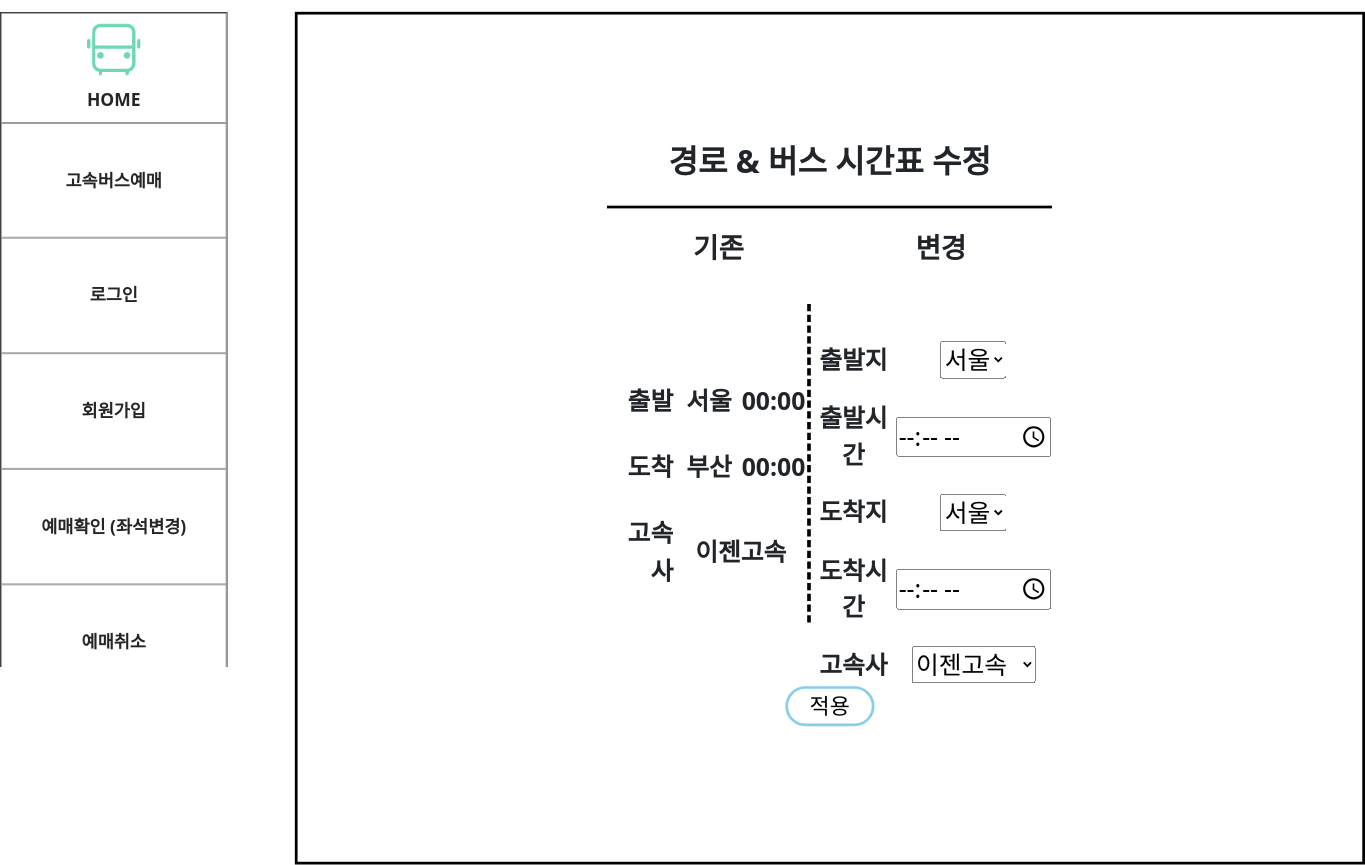
Repository: rudqhd79/spring_personal
Page: http://localhost/edit/edit_input
An editor plug-in stored every save of this project. The page is shown before and after the next save, followed by the edit.
The browser window is 1280 px wide. The page is 1500 px wide, so the pictures cover 1500 px, including what lies to the right of the window. The pictures show the whole page, at 91% of full size.
The page is this project's Thymeleaf template; nobody is signed in. The template is opened directly, without the code that normally fills it, so the values that code supplies are empty.

Above is the page before, as saved 2023-02-05 13:26:20.

After the next save:
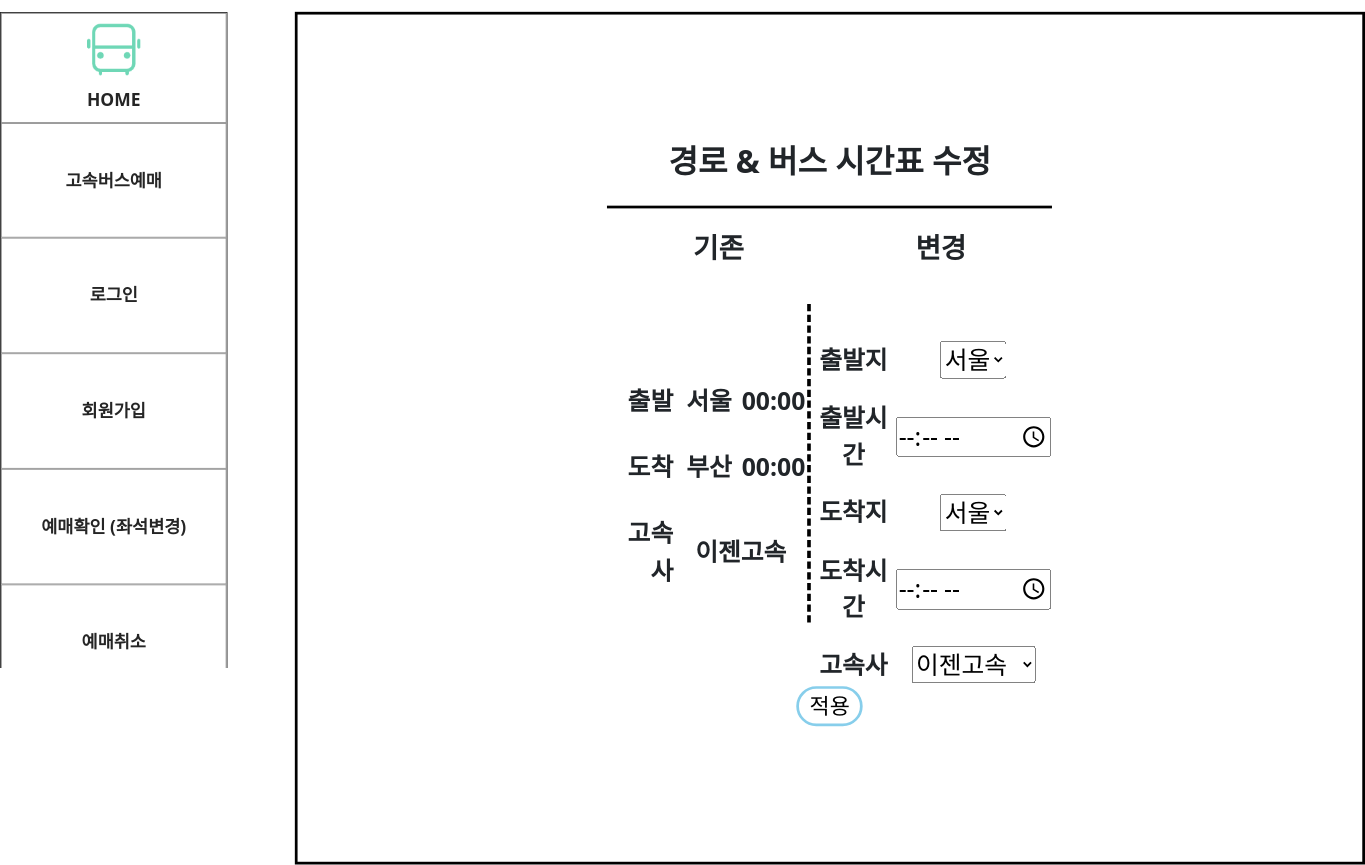
Saved 7 s later.
--- a/bus-reservation/src/main/resources/templates/edit/edit_input.html
+++ b/bus-reservation/src/main/resources/templates/edit/edit_input.html
@@ -115,7 +115,7 @@
 						</div>
 					</div>
 					<div class="edit_input_button" style="text-align: center; font-size: 1.5em;">
-						<input type="submit" value="적용" style="border-radius: 30px; background: white; border:3px solid skyblue; width: 20%" />
+						<input type="submit" value="적용" style="border-radius: 30px; background: white; border:3px solid skyblue; width: 15%" />
 					</div>
 				</div>
 			</div>
